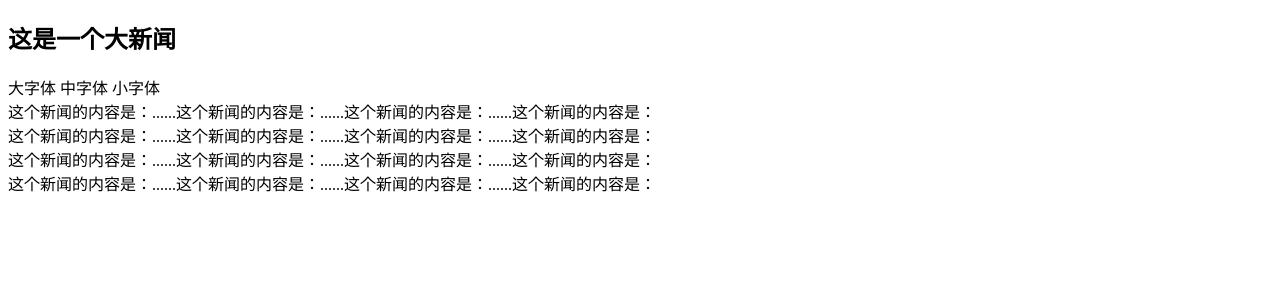
Repository: tangchengjingwen/javaLearningCode
Page: javaLearningCode/day31_html/demo_news.html
An editor plug-in stored every save of this project. The page is shown before and after the next save, followed by the edit.
The browser window is 1280 px wide. The pictures show the whole page.

Above is the page before, as saved 2012-05-15 06:58:25.

After the next save:
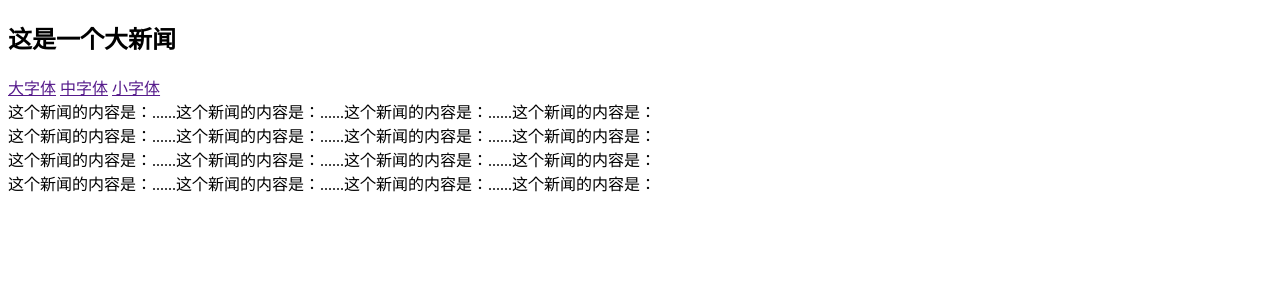
Saved 45 s later.
--- a/javaLearningCode/day31_html/demo_news.html
+++ b/javaLearningCode/day31_html/demo_news.html
@@ -14,7 +14,7 @@
 		-->
 		<div id="newsid">
 		<h2>这是一个大新闻</h2>
-		大字体 中字体 小字体
+		<a href="">大字体</a> <a href="">中字体</a> <a href="">小字体</a>
 		<div id="newstext">
 		这个新闻的内容是：......这个新闻的内容是：......这个新闻的内容是：......这个新闻的内容是：<br/>
 		这个新闻的内容是：......这个新闻的内容是：......这个新闻的内容是：......这个新闻的内容是：<br/>
